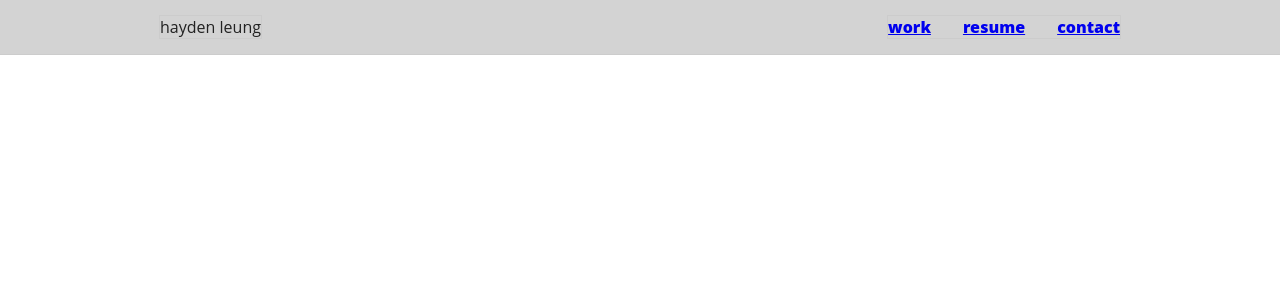
Repository: Haydenleung/Artifact
Page: /
The author's editor kept a copy of each file at every save. The page is drawn from the files as they stood at one save, then again after the next save.
The browser window is 1280 px wide. The pictures show the whole page.
The project was rebuilt for these pictures with package versions that can differ from the ones it lists, and the page was loaded fresh each time. The framework's server and built-in components were replaced by stand-ins that run in the browser. Also part of the build but not shown: next.config.mjs.

Above is the page before, as saved 2024-01-26 22:51:35.

### src/pages/index.tsx
import Image from "next/image";
import Navbar from "@/components/Navbar";

export default function Home() {
  return (
    <main className={"page"}>
      <Navbar />

    </main>
  )
}

### src/styles/globals.css
/* ==========================================================================
    [Table of contents]

    1. BASE
        1.1 Page Rendering Defaults
        1.2 Core Styling
        1.3 Typography
    2. LAYOUT
        2.1 Core Layout
        2.2 Small only
        2.3 medium and up
        2.4 Medium only
        2.5 large screens and up
    3. UTILITY classes
    4. PRINT

    ========================================================================== */

/* ==========================================================================
   BASE
   ========================================================================== */

/* 1.1 Page Rendering Defaults */

html {
  color: #222;
  font-size: 1em;
}

::-moz-selection {
  background: #b3d4fc;
  text-shadow: none;
}

::selection {
  background: #b3d4fc;
  text-shadow: none;
}

audio,
canvas,
iframe,
i,
img,
svg,
video {
  vertical-align: middle;
}

fieldset {
  border: 0;
  margin: 0;
  padding: 0;
}

textarea {
  resize: vertical;
}

/* 1.2 Core Styling */

/* refer to https://css-tricks.com/box-sizing/ */

*,
*:before,
*:after {
  box-sizing: border-box;
}

img {
  width: 100%;
}

/* 1.3 Typgraphy */

@import url('https://fonts.googleapis.com/css2?family=Open+Sans:ital,wght@0,300;0,400;0,500;0,600;0,700;0,800;1,300;1,400;1,500;1,600;1,700;1,800&display=swap');

h1,
h2,
h3,
h4,
h5,
h6 {
  font-weight: 400;
  text-align: center;
  margin: 0;
}

h1 {
  font-size: 24pt;
  font-weight: 200;
}

h2 {
  font-size: 16pt;
}

h4 {
  font-size: 9pt;
}

h5 {
  font-size: 8pt;
}

* {
  font-family: 'Open Sans', sans-serif;
}


/* ==========================================================================
 2. LAYOUT
 ========================================================================== */

/* Helper to display empty layout containers*/

div,
main,
section,
footer,
header {
  outline: 1px solid #ccc;
}

body {
  padding: 0;
  margin: 0;
}

/* 2.1 Core layout */

.row {
  display: grid;
  row-gap: 1rem;
}

.col {
  position: relative;
}

.page {
  display: flex;
  flex-direction: column;
  justify-content: center;
  align-items: center;
}


/* Navbar */

/* 2.2 Small only */

@media screen and (max-width: 39.9375em) {}

/* 2.3 medium and up */

@media screen and (min-width: 40em) {}

/* 2.4 Medium only */

@media screen and (min-width: 40em) and (max-width: 63.9375em) {}

/* 2.5 large screens and up 2.6 Large only */

/* @media screen and (min-width: 64em) {

} */

### src/components/Navbar/index.tsx
import styles from './navbar.module.css'
import Image from 'next/image'
import Link from 'next/link'
import { useState } from 'react'

export default function Navbar() {

    const [isPage, setIsPage] = useState();

    return (
        <div className={styles.container}>
            <div className={styles.logo}>hayden leung</div>
            <div className={styles.pages}>
                <Link href="/" className={isPage === "Work" ? styles.bold : styles.bold}>work</Link>
                <Link href="/" className={isPage === "Resume" ? styles.bold : styles.bold}>resume</Link>
                <Link href="/" className={isPage === "Contact" ? styles.bold : styles.bold}>contact</Link>
            </div>
        </div>
    )
}

### src/components/Navbar/navbar.module.css
.container {
    background-color: lightgrey;
    padding: 0.5rem;
    width: 100%;
    padding: 1rem 10rem;
    display: flex;
    flex-direction: row;
    justify-content: space-between;
    position: sticky;
}

.logo {}

.pages {
    display: flex;
    flex-direction: row;
    gap: 2rem;
}

.bold {
    font-weight: 800;
}

Loaded but not shown: src/pages/_app.tsx (common file); src/pages/_document.tsx (common file)

After the next save:
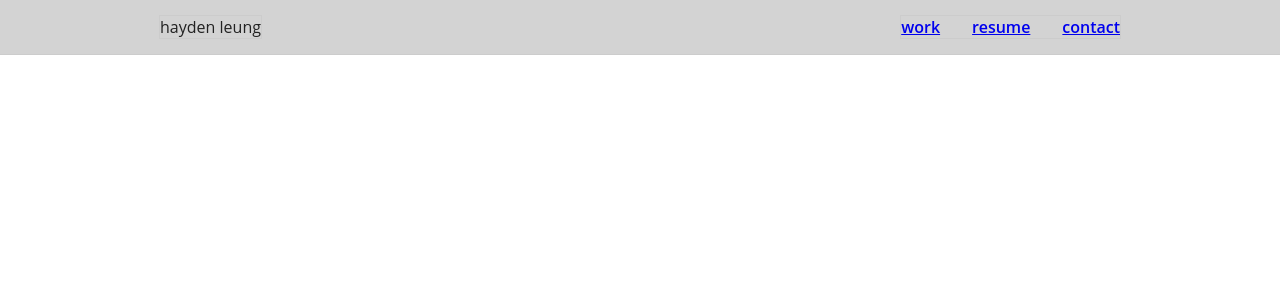
Saved 7 s later.
--- a/src/components/Navbar/navbar.module.css
+++ b/src/components/Navbar/navbar.module.css
@@ -18,5 +18,5 @@
 }
 
 .bold {
-    font-weight: 800;
+    font-weight: 600;
 }
